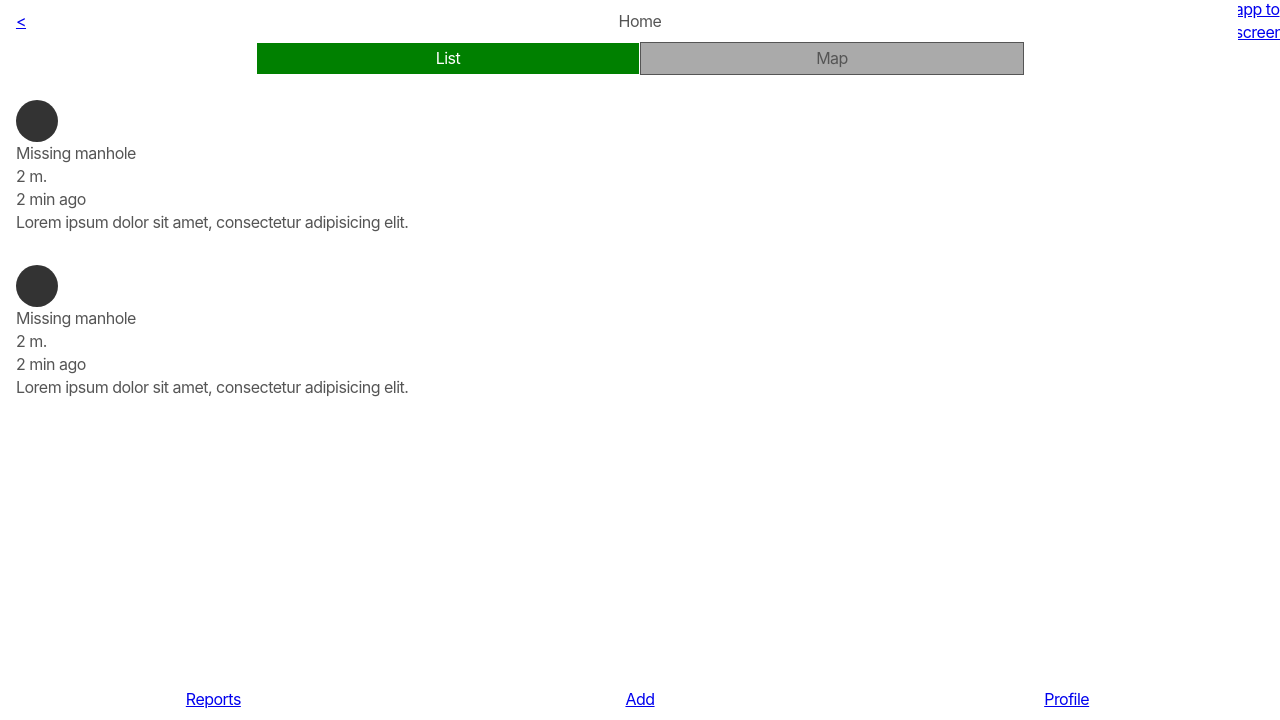
Repository: aleksandrenko/html-css-playground
Page: reports.html
These files come from the project's save history. The page is drawn as it stood at one moment and after the next save; the edit follows.
The browser window is 1280 px wide. The pictures show the whole page.

Above is the page before, as saved 2018-01-19 17:39:54.

After the next save:
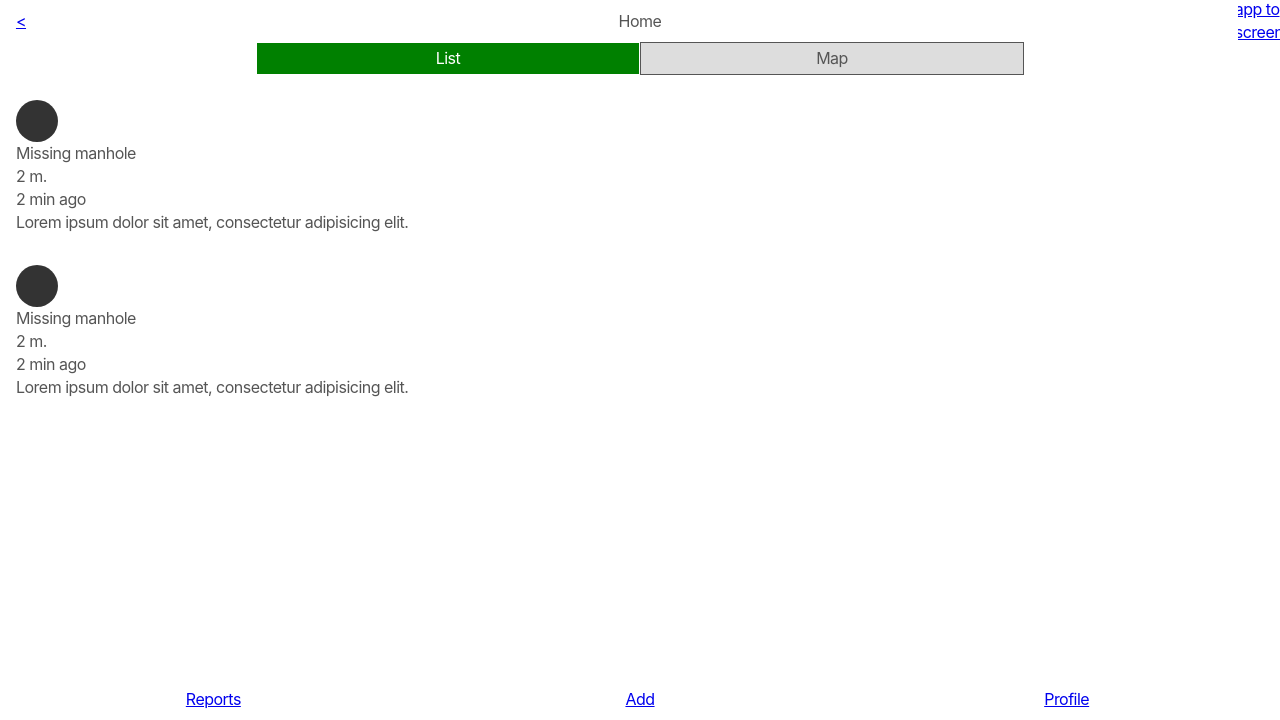
Saved 4 s later.
--- a/css/pages/reports.css
+++ b/css/pages/reports.css
@@ -26,7 +26,7 @@ sub-header views view {
   padding: 0.25rem;
   width: 30%;
   text-align: center;
-  background: #aaa;
+  background: #ddd;
 }
 
 sub-header views view[selected] {
